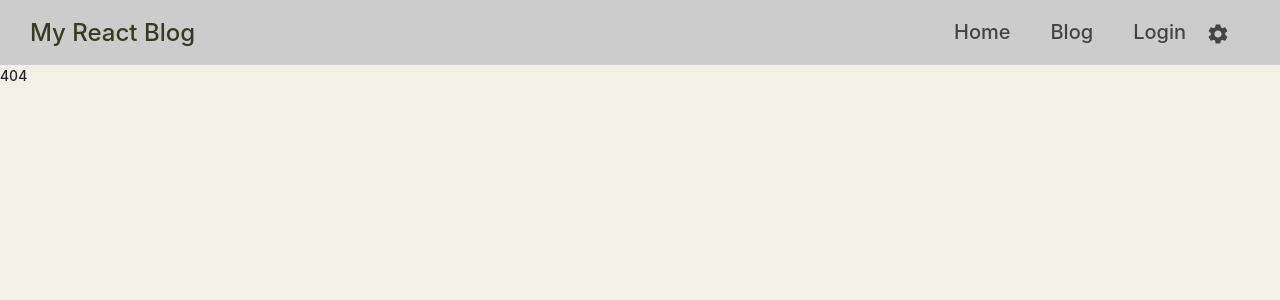
Repository: Kaycee-attah/react_blog
Page: /
These files come from the project's save history. The page is drawn as it stood at one moment and after the next save; the edit follows.
The browser window is 1280 px wide. The pictures show the whole page.
The project was rebuilt for these pictures with package versions that can differ from the ones it lists, and the page was loaded fresh each time.

Above is the page before, as saved 2021-10-09 21:44:30.

After the next save:
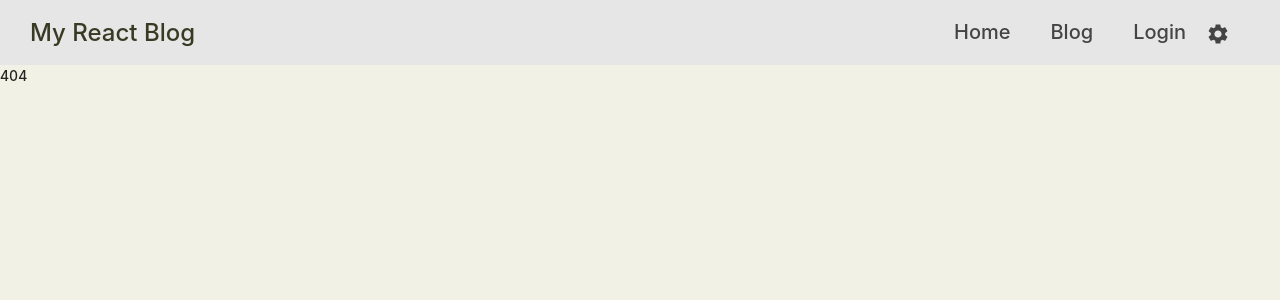
Saved 93 s later.
--- a/src/assets/scss/_variables.scss
+++ b/src/assets/scss/_variables.scss
@@ -5,7 +5,7 @@ $text-color: #65312F;
 $input-type-checkbox-Checked: #f8f8f8;
 $navigation-link-color-onHover: #2997ff;
 $navigation-link-color: #444;
-$navigation-background-color: #cccccc;
+$navigation-background-color: #e6e6e6;
 $settings-dropDown-Menu-Card-backGroundColor: #f8f8f8;
 $settings-dropDown-Menu-backGroundColor: white;
 $toggle-checkbox-darkMode-backgroundColor: #092c3e;
@@ -14,5 +14,5 @@ $toggle-checkbox-lightMode-check-before-backgroundColor: #f8f8f8;
 $toggle-checkbox-darkMode-check-after-backgroundColor: #092c3e;
 
 /*      ----------      all colors for different points in the appliation(smaller screen sizes eg mobile devies, tablets)      -----------------------------------------      */
-$sideBar-backgroundColor: #cccccc;
+$sideBar-backgroundColor: #e6e6e6;
 $text-colors-for-smaller-screen-sizes: #383A23;
